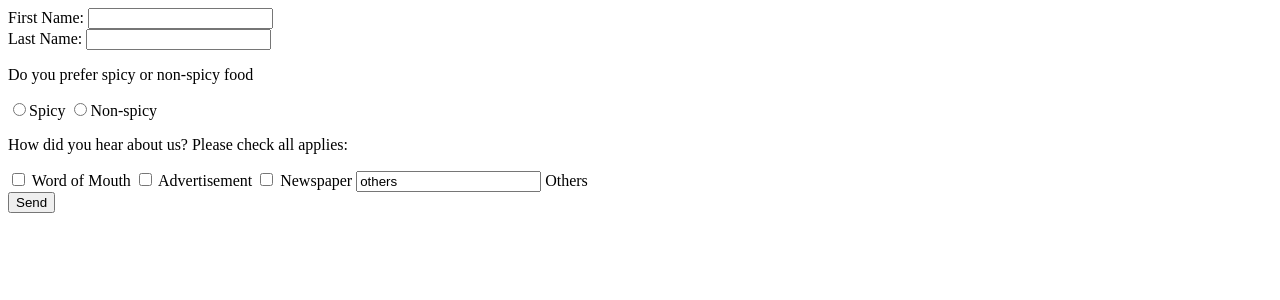
Repository: kunxin-chor/python-flask-form-processing
Page: templates/survey.template.html
The author's editor kept a record of every edit. The page is drawn from the files as they stood at one moment, then again after the next edit.
The browser window is 1280 px wide. The pictures show the whole page.
The page is served by the project's application, run on Flask 3 (run.py). The template is opened directly, without the code that normally fills it, so the values that code supplies are empty.

Above is the page before.

After the next edit:
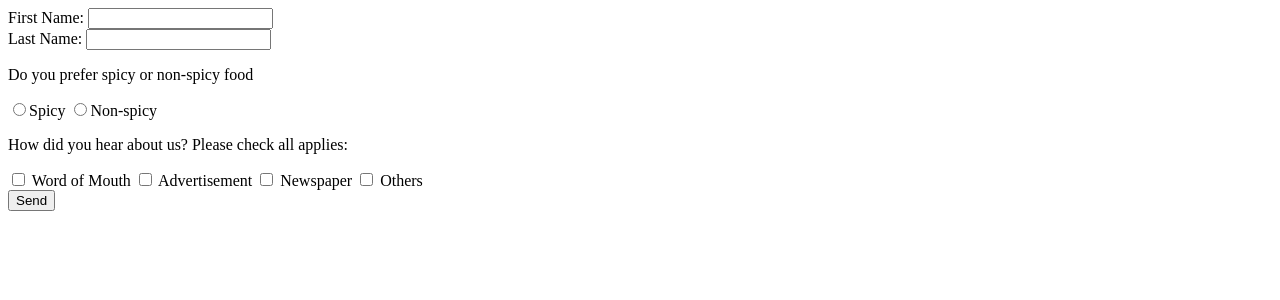
The edit:
--- a/templates/survey.template.html
+++ b/templates/survey.template.html
@@ -32,7 +32,7 @@
             <input type='checkbox' name='heard-about' value='newspaper'>
             <label>Newspaper</label>
 
-            <input type='check' name='heard-about' value='others'>
+            <input type='checkbox' name='heard-about' value='others'>
             <label>Others</label>
 
         </div>
